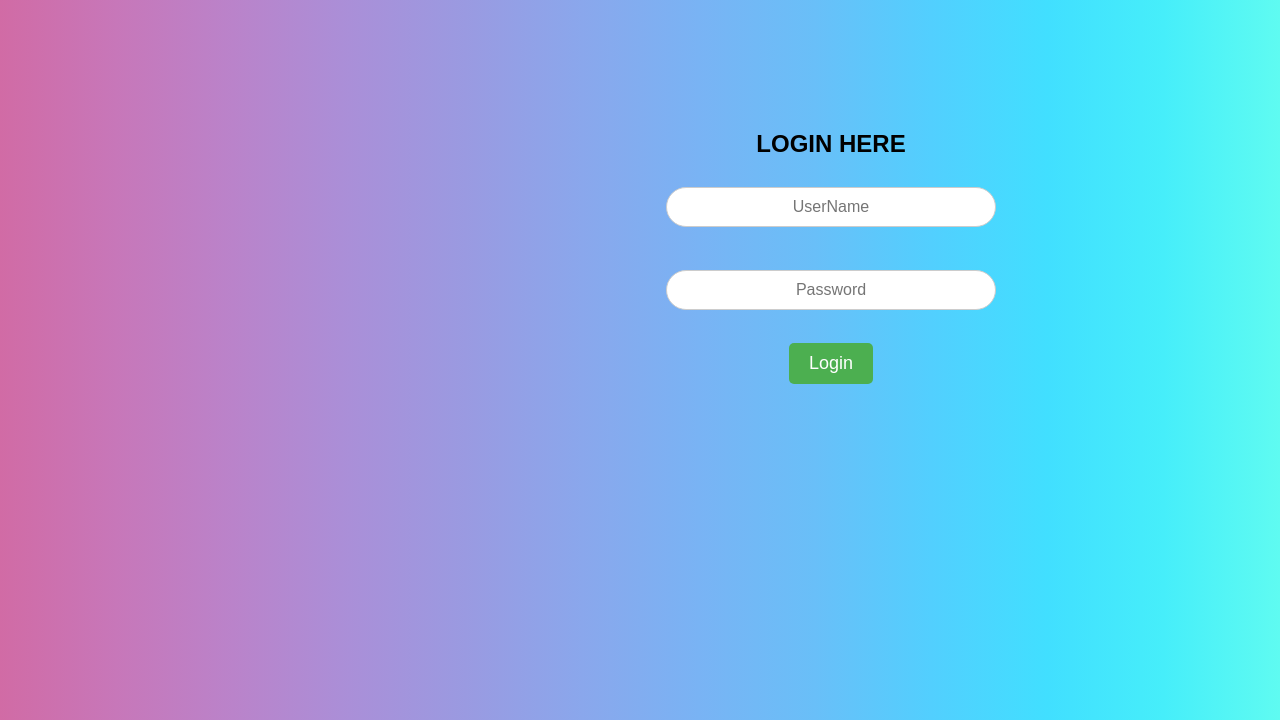
Repository: amitSai12/CMS
Page: http://localhost/LibraryManagementDemo/Login.jsp
The author's editor kept a copy of each file at every save. The page is drawn from the files as they stood at one save, then again after the next save.
The browser window is 1280 px wide. The pictures show the whole page.
The page is served by Tomcat 9.

Above is the page before, as saved 2023-10-03 18:18:33.

After the next save:
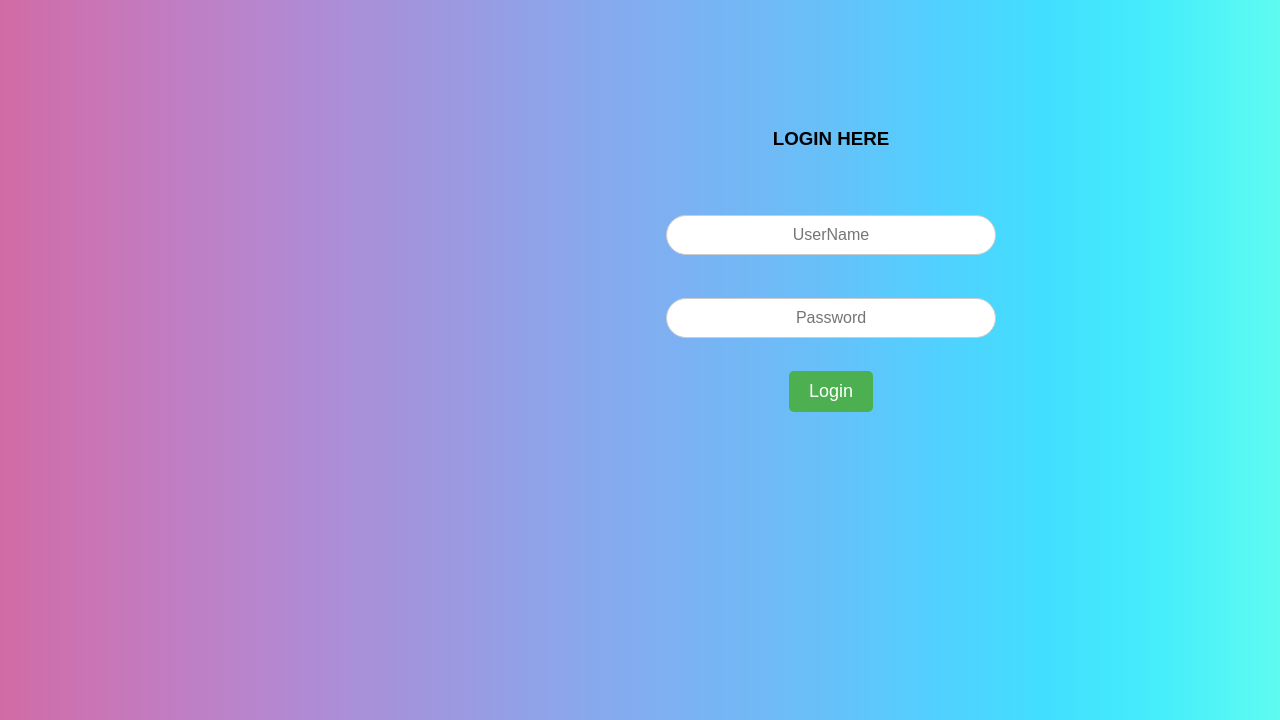
Saved 29 s later.
--- a/Day1_Thu/LibraryManagementDemo/src/main/webapp/Login.jsp
+++ b/Day1_Thu/LibraryManagementDemo/src/main/webapp/Login.jsp
@@ -12,7 +12,7 @@
 <body>
 	<form method="post" action="Login.jsp">
 		<center>
-			<h2>LOGIN HERE</h2>
+			<h3>LOGIN HERE</h3><br/><br/>
 
 			<input type="text" name="userName" placeholder="UserName"/><br><br>
 
